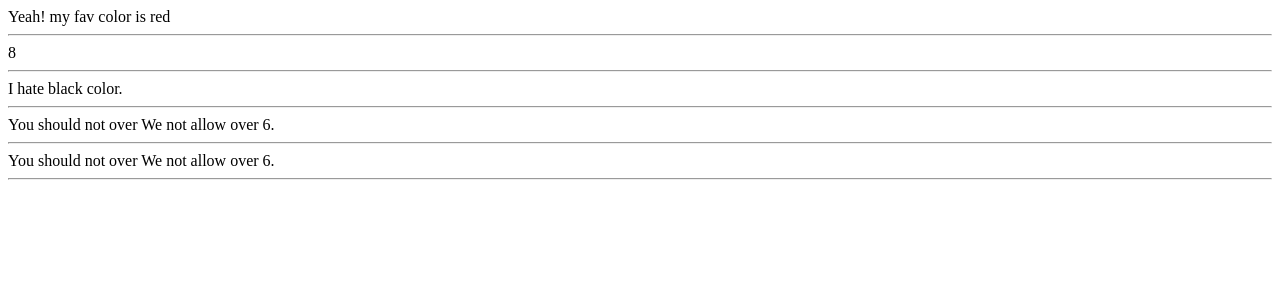
Repository: hsumyatm7308/PHP
Page: http://localhost/l38trycatch.php
The author's editor kept a copy of each file at every save. The page is drawn from the files as they stood at one save, then again after the next save.
The browser window is 1280 px wide. The pictures show the whole page.
The page is run by PHP 8.4 with error messages shown; the project is at /var/www/html/.

Above is the page before, as saved 2023-05-12 17:58:39.

After the next save:
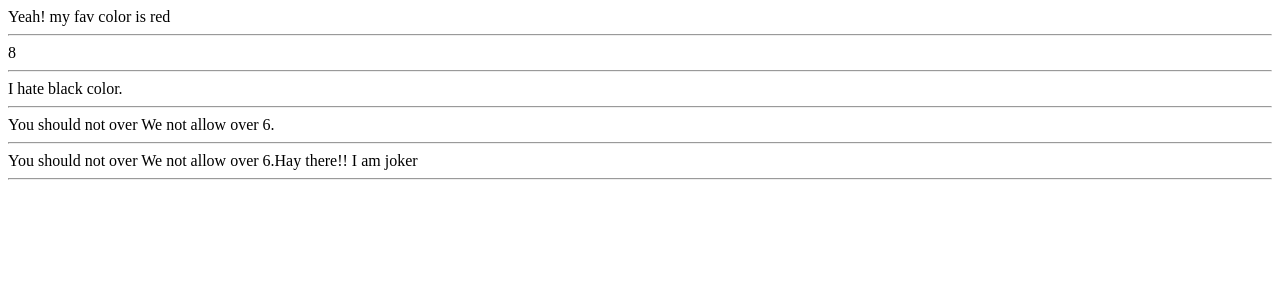
Saved 43 s later.
--- a/part1/l38trycatch.php
+++ b/part1/l38trycatch.php
@@ -106,6 +106,8 @@ try{
     echo myval(3,6);
 }catch(Exception $e){
     echo "You should not over ".$e->getMessage();
+}finally{
+    echo "Hay there!! I am joker";
 }
 
 echo "<hr>";
